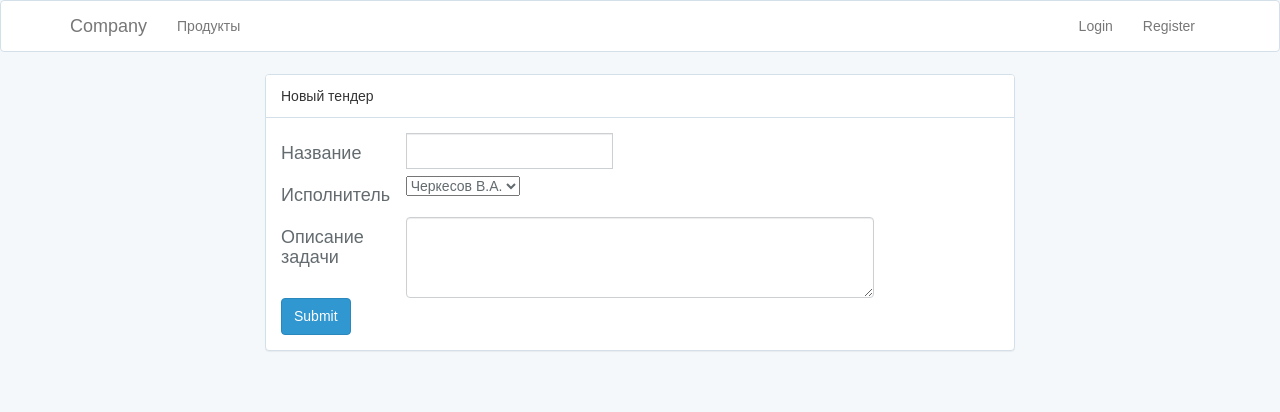
Repository: blackjack043/laravel-crud
Page: http://localhost/page2
These files come from the project's save history. The page is drawn as it stood at one moment and after the next save; the edit follows.
The browser window is 1280 px wide. The pictures show the whole page.
Some web fonts or font styles are not loaded; a fallback is used. The page is served by the project's Laravel application, run on PHP 8.4 with Laravel 8.

Above is the page before, as saved 2022-03-06 21:01:54.

After the next save:
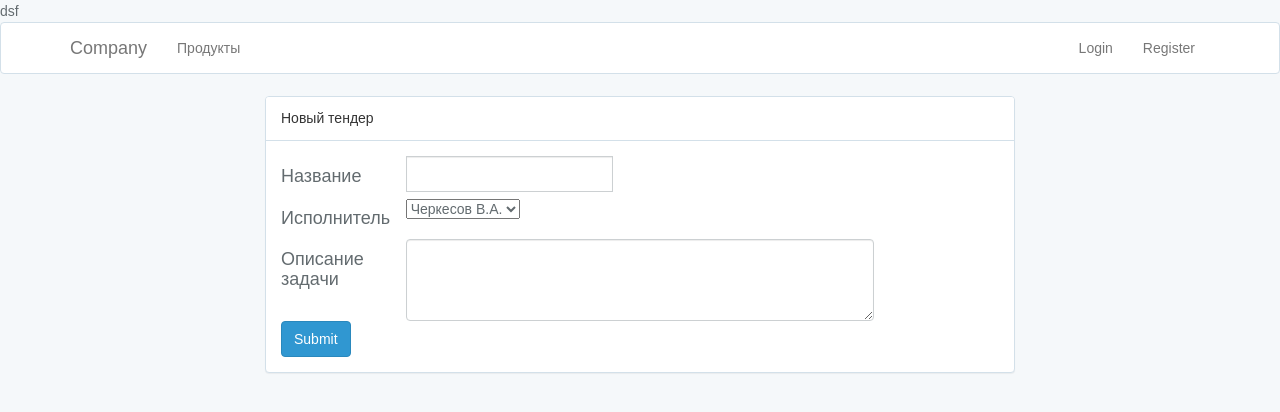
Saved 18 s later.
--- a/resources/views/layouts/app2.blade.php
+++ b/resources/views/layouts/app2.blade.php
@@ -22,6 +22,7 @@
 </head>
 <body>
     <div id="app">
+        <div style="width: 320px;">dsf</div>
         <div>
         <nav class="navbar navbar-default">
             <div class="container">
